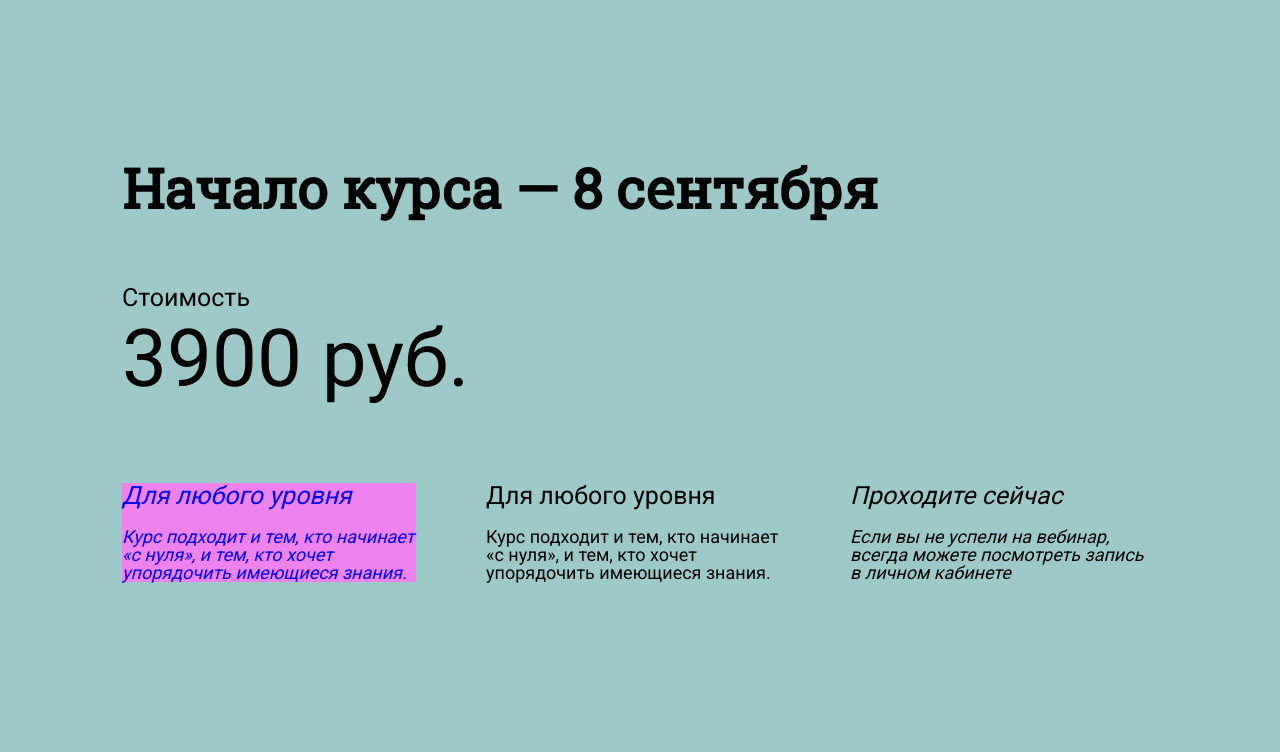
Repository: NatiqSamiyev/fiqma-task3
Page: index.html
These files come from the project's save history. The page is drawn as it stood at one moment and after the next save; the edit follows.
The browser window is 1280 px wide. The pictures show the whole page.

Above is the page before, as saved 2023-08-09 13:41:15.

After the next save:
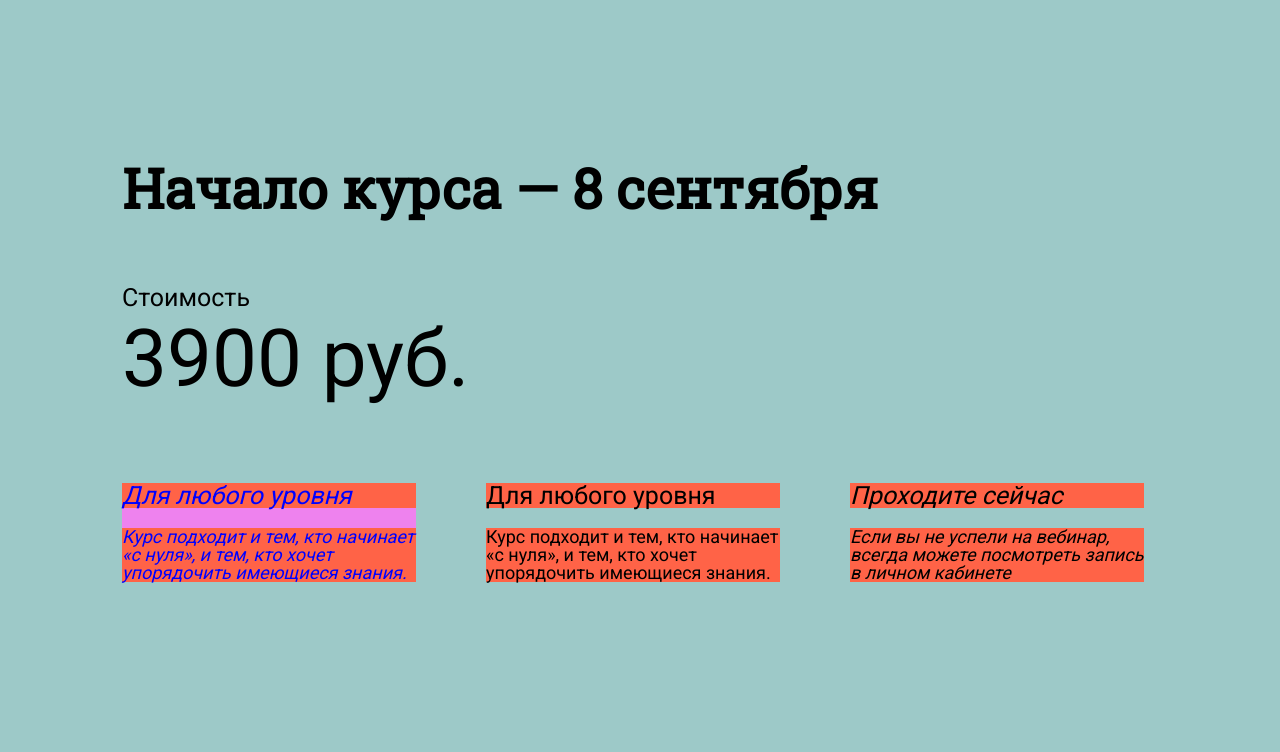
Saved 5 s later.
--- a/index.css
+++ b/index.css
@@ -92,5 +92,5 @@
 
 }
 h4,p{
-  background-color: ;
+  background-color: tomato;
 }

After the save that followed:
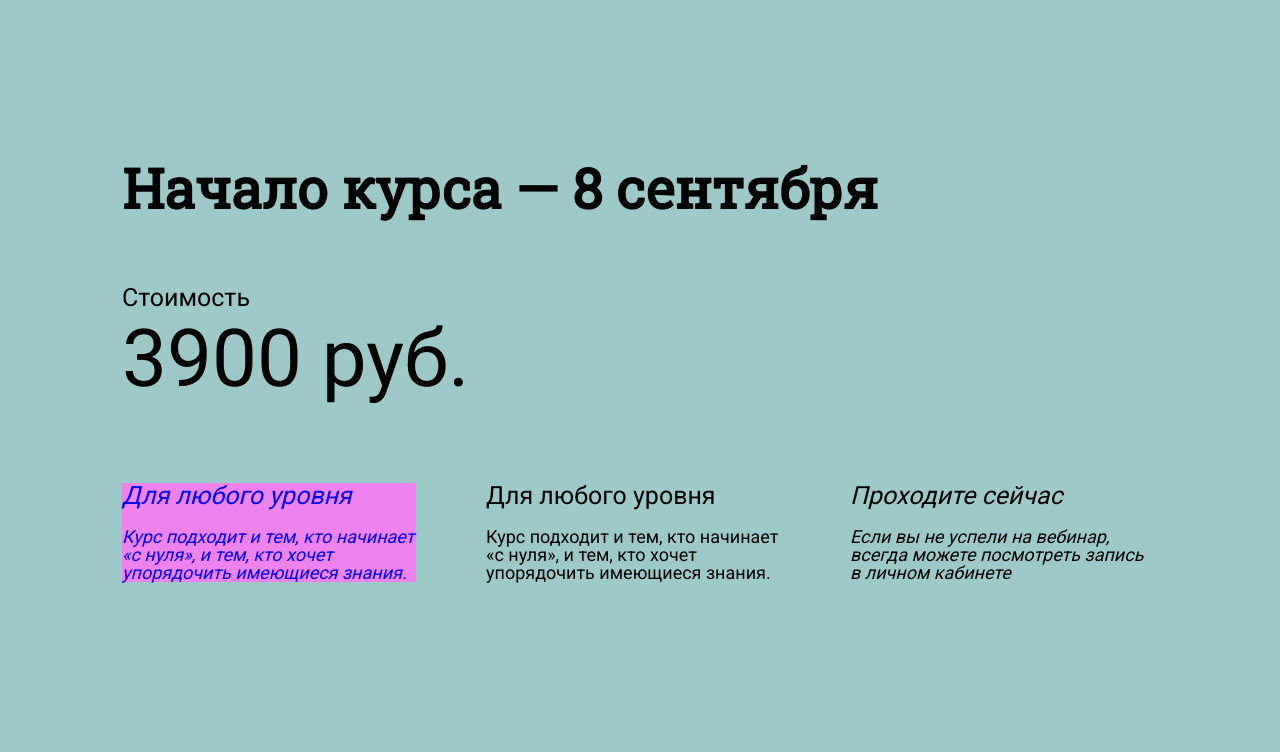
Saved 17 s later.
--- a/index.css
+++ b/index.css
@@ -91,6 +91,6 @@
 .list-2 .h-4{
 
 }
-h4,p{
+h4 p{
   background-color: tomato;
 }
